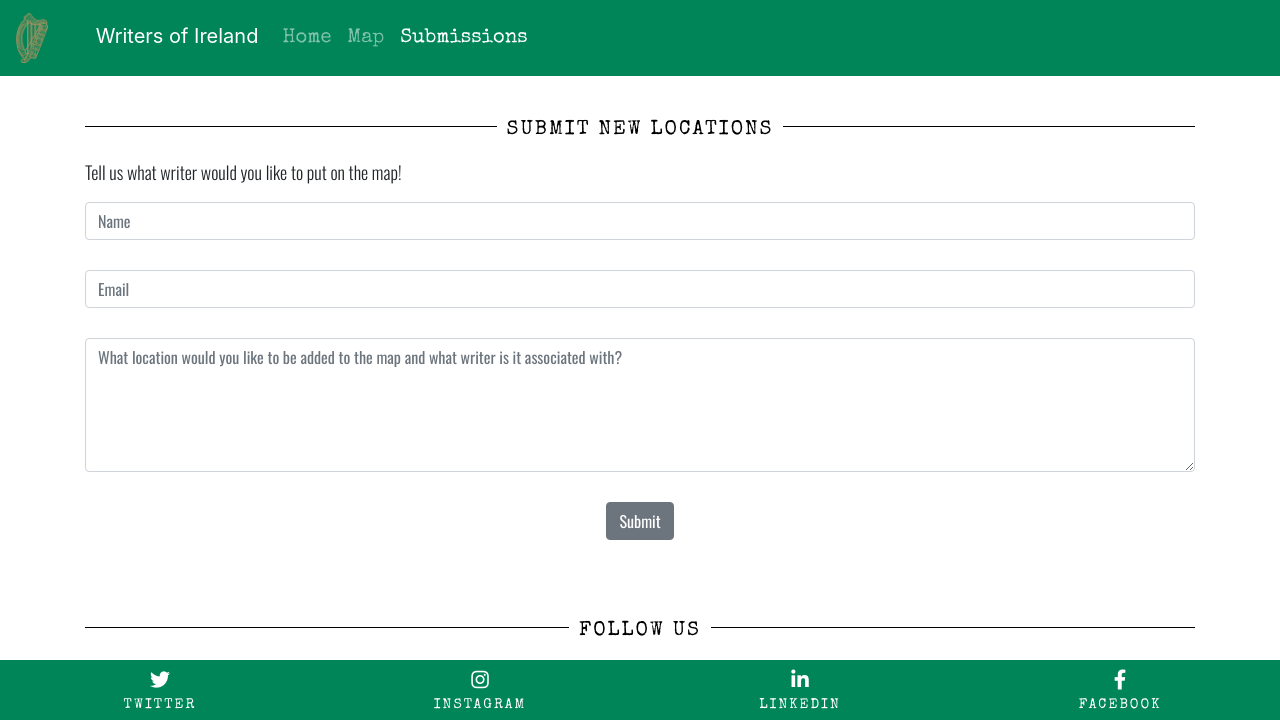
Repository: DarrenCoppinger/milestone-project-2
Page: submissions.html
The author's editor kept a record of every edit. The page is drawn from the files as they stood at one moment, then again after the next edit.
The browser window is 1280 px wide. The pictures show the whole page.
Some web libraries are served in a nearby version.

Above is the page before.
Console error: ReferenceError: emailjs is not defined

After the next edit:
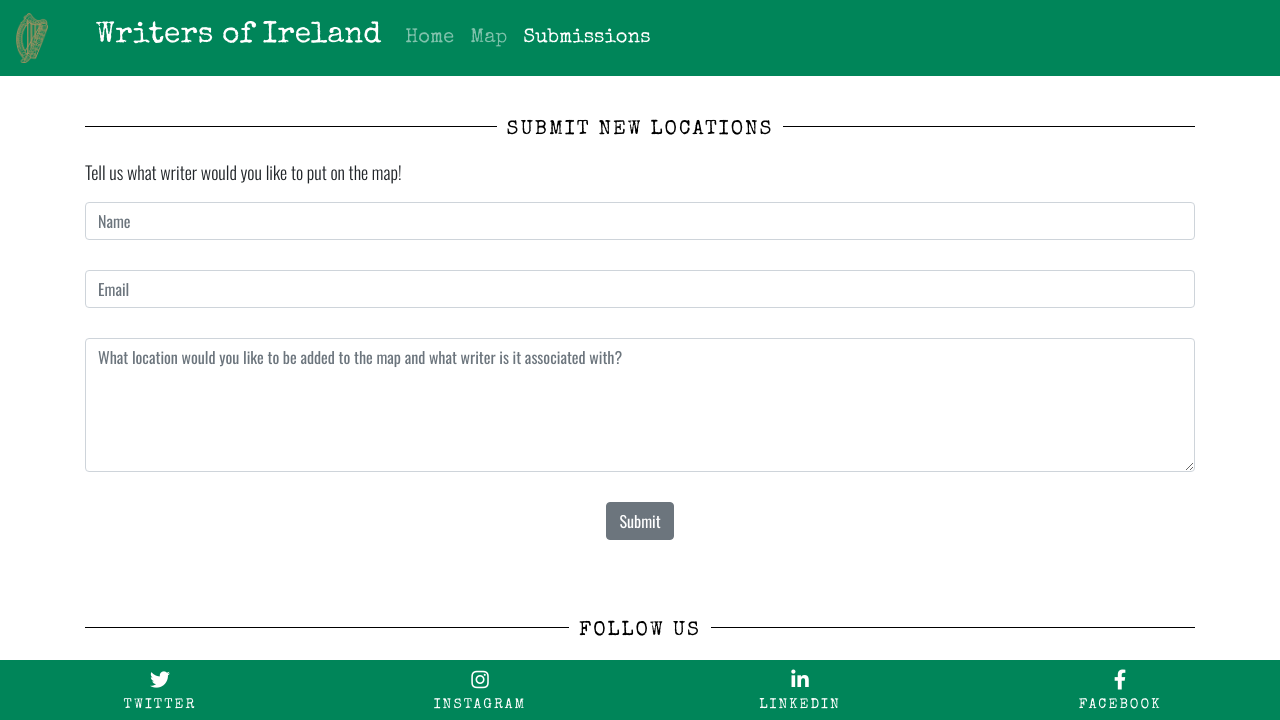
The edit:
--- a/submissions.html
+++ b/submissions.html
@@ -28,7 +28,7 @@
         <!--Navbar Code-->
         <nav class="navbar navbar-expand-lg navbar-dark bg-color">
             <!--Navbar Logo-->
-            <a href="./index.html" class="navbar-brand"><img class="mr-5" src="./assets/images/irish-harp.png" height ="50" alt="Logo image">Writers of Ireland</a>
+            <a href="./index.html" class="navbar-brand title"><img class="mr-5" src="./assets/images/irish-harp.png" height ="50" alt="Logo image">Writers of Ireland</a>
             <!--Navbar Logo-->
             <button class="navbar-toggler" type="button" data-toggle="collapse" data-target="#navbarNavAltMarkup" aria-controls="navbarNavAltMarkup" aria-expanded="false" aria-label="Toggle navigation">
     <span class="navbar-toggler-icon"></span>
